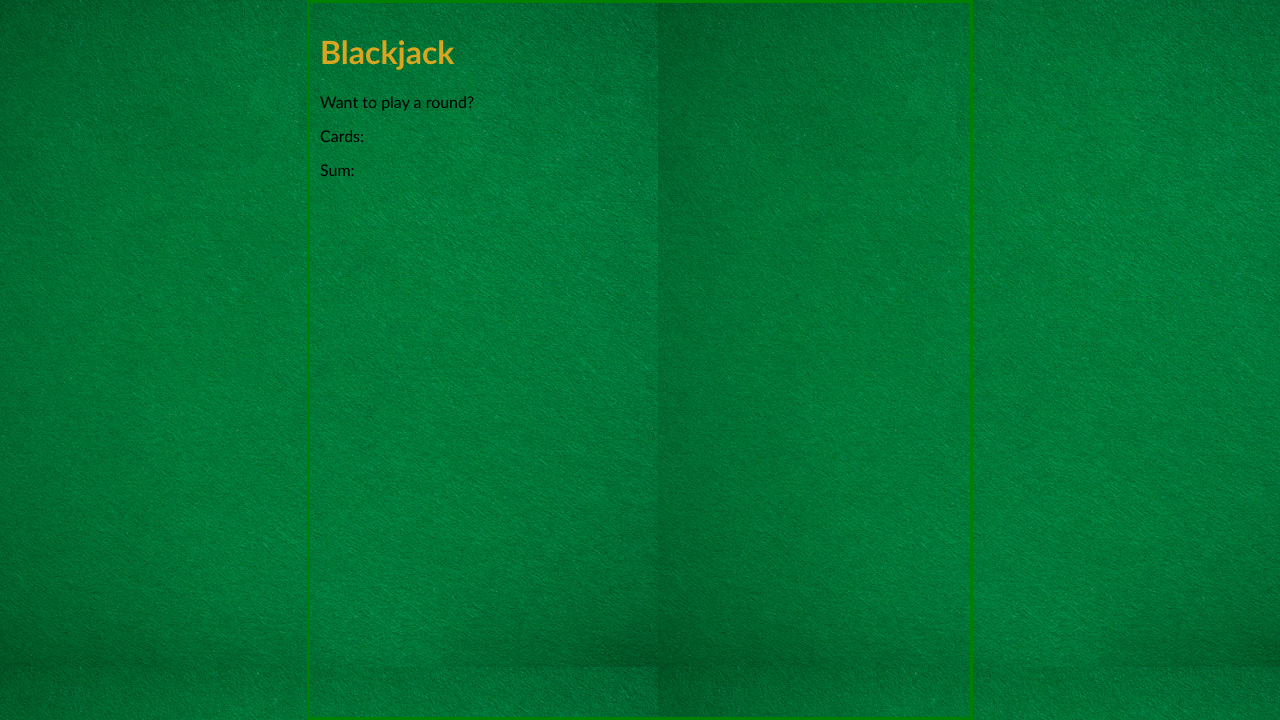
Repository: jt010051/JavaScriptBlackJack
Page: index.html
The author's editor kept a copy of each file at every save. The page is drawn from the files as they stood at one save, then again after the next save.
The browser window is 1280 px wide. The pictures show the whole page.

Above is the page before, as saved 2022-02-26 17:46:14.

### index.css
/* Complete the CSS styling according to the provided design */

body {
  font-family: 'Trebuchet MS', 'Lucida Sans Unicode', 'Lucida Grande', 'Lucida Sans', Arial, sans-serif;
  background-image: url("images/table.png");
  margin: auto;
  width: 50%;
  border: 3px solid green;
  padding: 10px;
}

h1 {
    color: goldenrod;
}

#message-el {

}

### index.js
let firstCard = 10;

let secondCard = 2;

let sum = firstCard+secondCard+3;

let hasBlackJack =false;
let isAlive = true;
let message =""
if(sum <= 20){

message = "Do you want to draw a new Card? 🙂";
}
else if (sum === 21){
    message ="Wohoo! You've got Blackjack! 🥳";
hasBlackJack = true
}
else{
    message ="Youre out of the game! 😢";
    isAlive =false;
}
console.log(message);

Loaded but not shown: index.html (common file)

After the next save:
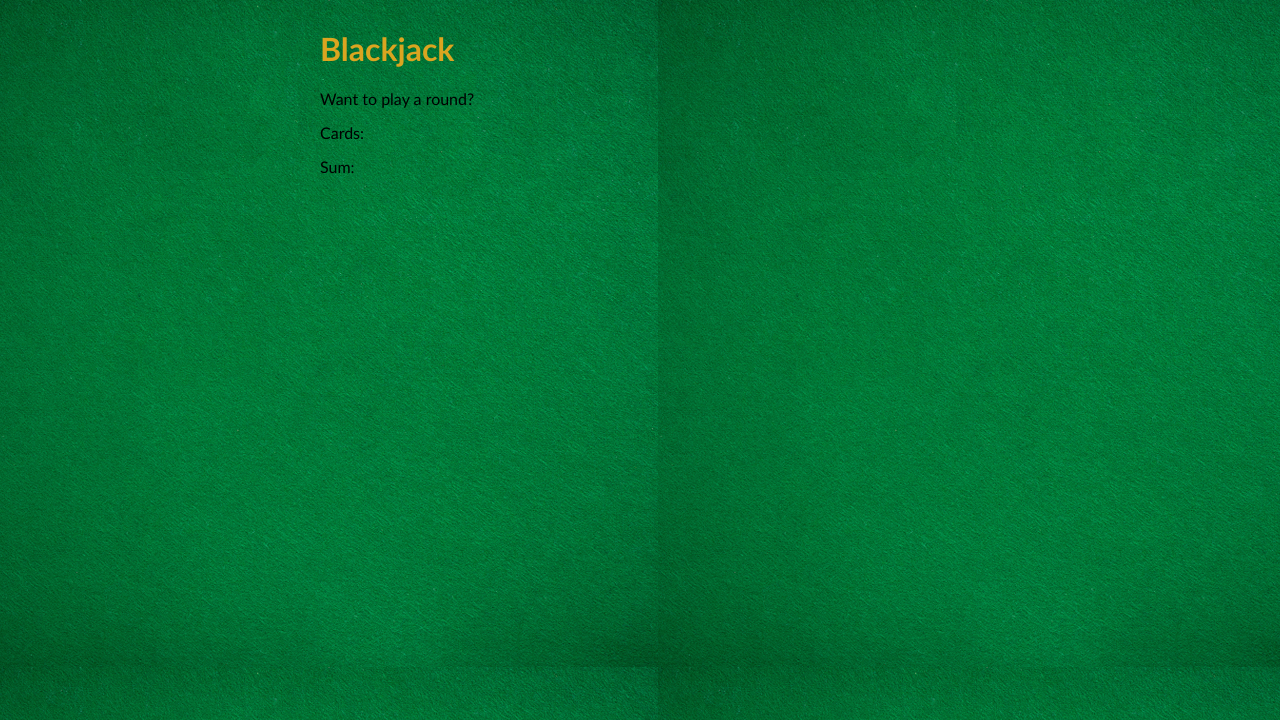
Saved 15 s later.
--- a/index.css
+++ b/index.css
@@ -5,7 +5,6 @@ body {
   background-image: url("images/table.png");
   margin: auto;
   width: 50%;
-  border: 3px solid green;
   padding: 10px;
 }
 
